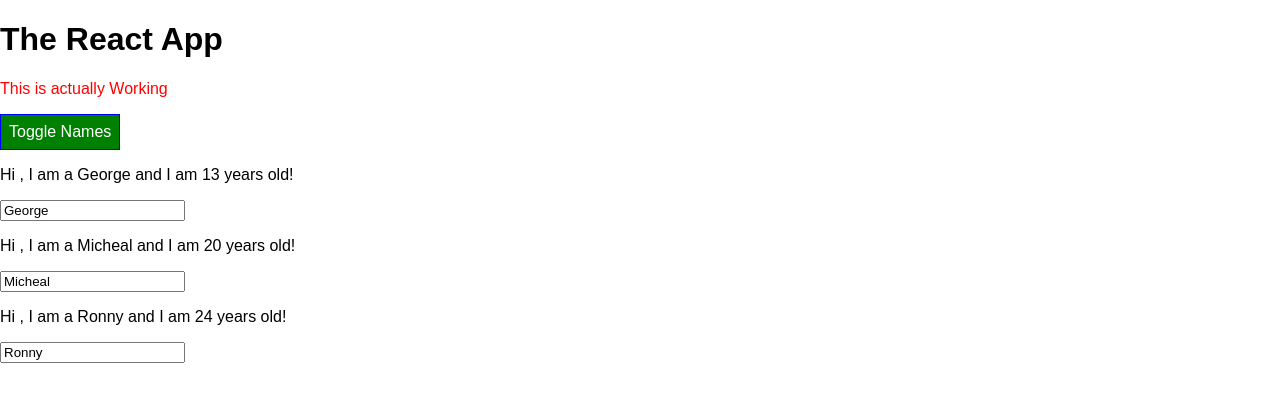
Repository: PiyushRajmsit/React-Basic-App
Page: /
These files come from the project's save history. The page is drawn as it stood at one moment and after the next save; the edit follows.
The browser window is 1280 px wide. The pictures show the whole page.
The project was rebuilt for these pictures with package versions that can differ from the ones it lists, and the page was loaded fresh each time. Also part of the build but not shown: src/Person/Person.css.

Above is the page before, as saved 2020-05-31 15:12:13.

### src/App.js
import React, { Component } from 'react';
import Person from './Person/Person.js';
import Radium from 'radium';
import Styles from './App.css';

class App extends Component {
  state = {
    person : [
      {id: 1,name: "George" , age : 13},
      {id: 2,name: "Micheal" , age : 20},
      {id: 3,name: "Ronny" , age : 24}
    ],
    otherState: 'Someother State',
    showPersonState : true
  };

  switchNameHandle = () =>{
    // console.log("This was clicked");
    this.setState({person : [
      {name: "George" , age : 13},
      {name: "Micheal" , age : 20},
      {name: "Emma" , age : 29}
    ]})

    console.log(this.state);
  }

  nameChangeHandler = (event,id) =>{
    // console.log(id);
    const personIndex = this.state.person.findIndex(person =>{
      return person.id === id;
    });
    const person = this.state.person.slice();
    // console.log(personIndex);
    // console.log(person);
    person[personIndex].name = event.target.value;
    this.setState({
      person : person
    });
  }

  togglePersonHandler = ()=>{
    console.log(this.state.showPersonState)
    let currState = this.state.showPersonState;
    this.setState(
      {showPersonState : !currState}
    );
    console.log(this.state.showPersonState);
  }

  deletePersonHandler = (index) => {
    console.log(index);
    // This would also work
    //const person = this.state.person.slice();
    const person = [...this.state.person];
    person.splice(index,1);
    this.setState({
      person : person
    });
  }

  render() {
    let person = null;
    let classes = [];
    if(this.state.person.length <= 3)
    {
      classes.push('red');
    }
    if(this.state.person.length <= 2){
      classes.push('bold');
    }
    if(this.state.showPersonState)
    {
      person = (
          <div>
            {this.state.person.map((person,index) =>{
                return <Person
                name={person.name}
                age={person.age}
                click={() => this.deletePersonHandler(index)}
                change={(event) => this.nameChangeHandler(event,person.id)}
                key={person.id}
                />
            }
            )}
          </div>
          );

    }
    return(
      <div className={Styles.App}>
        <h1> The React App</h1>
        <p className={classes.join(' ')}> This is actually Working</p>
        <button className='Button' onClick={this.togglePersonHandler}> Toggle Names </button>
        {person}
      </div>
    );
      // return  React.createElement('div',{className:'App'},React.createElement('h1',null,'Is it Working?'));
  }
}

export default Radium(App);

### src/Person/Person.js
import React from 'react';
import styles from './Person.css'
const person = (props) => {
  return (
          <div className={styles.Person}>
            <p onClick={props.click}>Hi , I am a {props.name} and I am {props.age} years old!</p>
            <p>{props.children}</p>
            <input type="text" onChange={props.change}  value={props.name}/>
          </div>
  );

};

export default person;

### src/App.css
.App {
  text-align: center;
}

.red{
  color: red;
}
.bold{
  font-weight: bold;
}

.Button{
  background-color: green;
  padding: 8px;
  border: 1px solid blue;
  cursor: pointer;
  color: white;
  font: inherit;
}
.Button:hover{
  background-color: lightgreen;
  color: black;
}


/*
.App-logo {
  animation: App-logo-spin infinite 20s linear;
  height: 80px;
}


.App-header {
  background-color: #222;
  height: 150px;
  padding: 20px;
  color: white;
}

.App-intro {
  font-size: large;
}

@keyframes App-logo-spin {
  from { transform: rotate(0deg); }
  to { transform: rotate(360deg); }
} */

Loaded but not shown: public/index.html (common file); src/index.js (common file); src/index.css (common file)

After the next save:
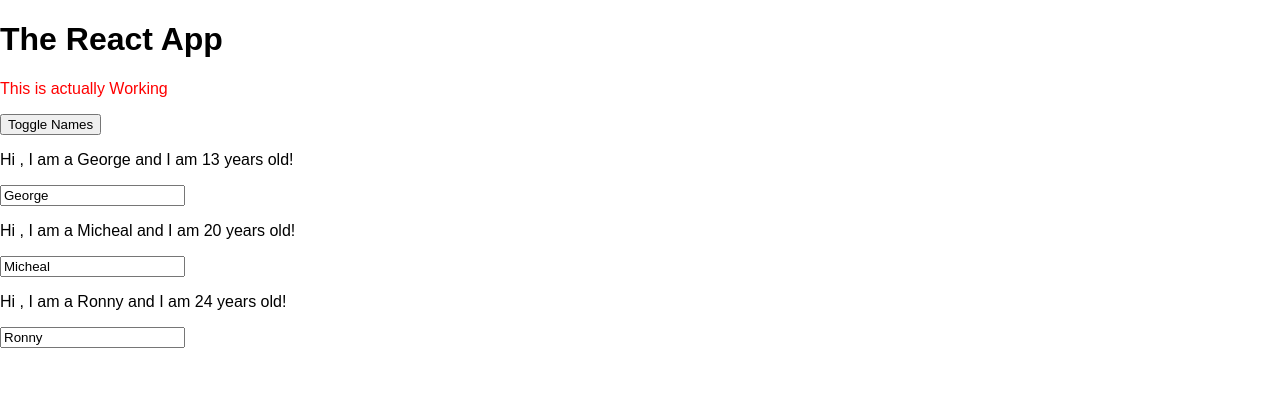
Saved 22 s later.
--- a/src/App.js
+++ b/src/App.js
@@ -91,7 +91,7 @@ class App extends Component {
       <div className={Styles.App}>
         <h1> The React App</h1>
         <p className={classes.join(' ')}> This is actually Working</p>
-        <button className='Button' onClick={this.togglePersonHandler}> Toggle Names </button>
+        <button className={Styles.Button} onClick={this.togglePersonHandler}> Toggle Names </button>
         {person}
       </div>
     );
